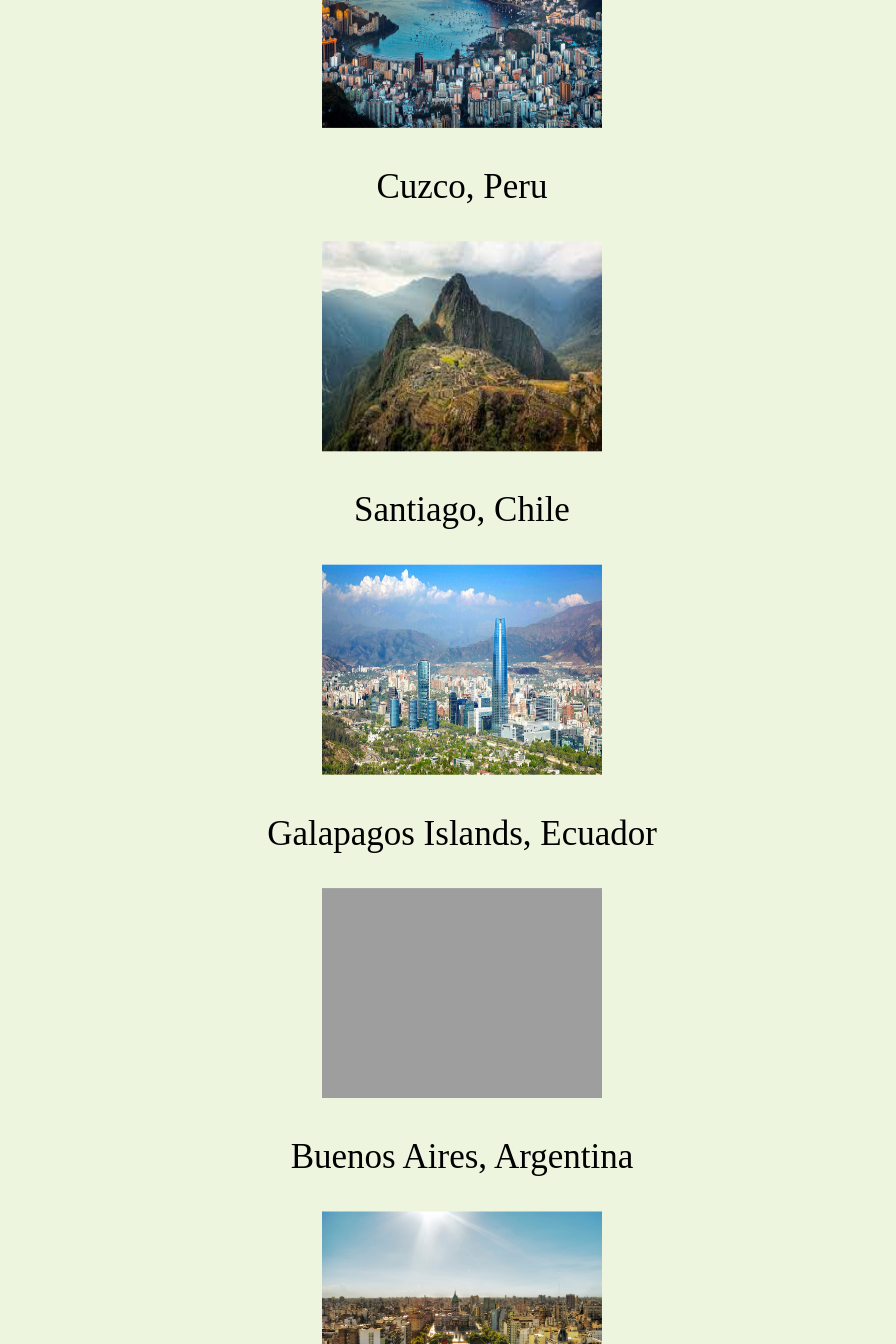
Repository: alharama/StaticWebsite
Page: sa_page.html
These files come from the project's save history. The page is drawn as it stood at one moment and after the next save; the edit follows.
The browser window is 1280 px wide. The pictures show the part of the page from y = 924 to 2844 px (the page is 3673 px tall before and 3689 px after), at 70% of full size.
Pictures or frames that could not be fetched are drawn as grey boxes.

Above is the page before, as saved 2021-09-30 01:21:39.

### sa_page.html
<!DOCTYPE html>
<html lang="en">
<head>

    <link rel = "stylesheet" type="text/css" href="StyleSheet.css">
    <link rel="icon" href="World.ico">

    <title> South America </title>

    <style>

        #sa {
            display: block;
            margin-left: auto;
            margin-right: auto;
            margin-top: 30px;
            width: auto;
            height: 300px;

        }



    </style>

</head>

<body>
    <header>
        South America


        <div id="languages">
            <div>Hello</div>
            <div>Bonjour</div>
            <div>Marhabaan</div>
            <div>Zdravstvuyte</div>
            <div>nǐ hǎo</div>
            <div>Salve</div>
            <div>Konnichiwa</div>
            <div>Guten Tag</div>
            <div>Goddag</div>
            <div>Shikamoo</div>
        </div>
    </header>

        <nav class="top_nav">
            <ul id="top_nav">
                <li><a href="/index.html">Home</a></li>
                <li><a href="/na_page.html">North America</a></li>
                <li><a href="/sa_page.html">South America</a></li>
                <li><a href="/eu_page.html">Europe</a></li>
                <li><a href="/af_page.html">Africa</a></li>
                <li><a href="/as_page.html">Asia</a></li>
                <li><a href="/au_page.html">Australia</a></li>
                <li><a href="/ant_page.html">Antarctica</a></li>
            </ul>
        </nav>


        <img id="sa" src="images/SouthAmerica.png" alt="South America">
        <h1> Top Tourist Destinations in South America</h1>


        <ul class = "tourist_spots">
            <li> Rio De Janerio, Brazil </li>

            <img class="dest" src="images/Rio.jpeg" alt="RIO">
            <li> Cuzco, Peru </li>
            <img class = "dest" src="images/Cuzco.jpeg" alt="CUZCO">
            <li> Santiago, Chile</li>
            <img class = "dest" src="images/Santiago.jpeg" alt = "SANTIAGO">
            <li> Galapagos Islands, Ecuador</li>
            <img class = "dest" src="images/Galapagos.jpeg" alt="GALAPAGOS">
            <li> Buenos Aires, Argentina</li>
            <img class="dest" src="images/Buenos.jpeg" alt="BUENOS AIRES">
        </ul>


            <div class = "extra_destinations">
                <div id="other_dest_header"> Other Popular Tourist Destinations</div>
                    <ol>
                        <li>  Easter Island, Chile</li>
                        <li> Angel Falls, Venezuela</li>
                        <li> Cartagena, Columbia </li>
                        <li> Salar de Uyuni, Bolivia</li>
                        <li> The Sacred Valley, Peru</li>
                    </ol>
            </div>





        <div id="survey">

            Which destination do you want to travel to next?
            <select>
                <option>Pick one...</option>
                <option>Rio De Jenario</option>
                <option>Cuzco</option>
                <option>Santiago</option>
                <option>Galapagos Island</option>
                <option>Buenos Aires</option>
                <option>Easter Island</option>
                <option>Angel Falls</option>
            </select>

        </div>

        <footer>

            References:

            <ol>
                <li><a href="https://www.travelandleisure.com/travel-guide/rio-de-janeiro">https://www.travelandleisure.com/travel-guide/rio-de-janeiro</a></li>
                <li><a href="https://www.travelandleisure.com/trip-ideas/adventure-travel/how-to-travel-to-machu-picchu">https://www.travelandleisure.com/trip-ideas/adventure-travel/how-to-travel-to-machu-picchu</a></li>
                <li><a href="https://www.wildfrontierstravel.com/en_AU/blog/an-insiders-city-guide-to-santiago-chile">https://www.wildfrontierstravel.com/en_AU/blog/an-insiders-city-guide-to-santiago-chile</a></li>
                <li><a href="https://www.travelandleisure.com/trip-ideas/adventure-travel/how-to-travel-to-galapagos-islands">https://www.travelandleisure.com/trip-ideas/adventure-travel/how-to-travel-to-galapagos-islands</a></li>
                <li><a href="https://www.lonelyplanet.com/argentina/buenos-aires">https://www.lonelyplanet.com/argentina/buenos-aires</a></li>
            </ol>

        </footer>


    </body>
</html>

### StyleSheet.css

 @import url('https://fonts.googleapis.com/css2?family=Kaushan+Script&display=swap');



 header {
    text-align: center;
    padding: 5px;
    font-family: 'Kaushan Script', cursive;
    font-size: 100px;
    border-bottom: 1px solid;

}

body{
    background: rgb(238, 245, 222);
    margin: 0px;
    padding-bottom: 200px;
}

.top_nav {
    width: 100%;
    font-size: 40px;
    text-align: center;
    color: red;

}

.top_nav ul {
    margin: 0px;
    color: blue;
}

.top_nav li {
    display: inline-block;

}

.top_nav a {
    text-decoration:underline;
    color: rgb(175, 52, 52);

}

.top_nav a:hover {
    background-color: lightgray;
}


#languages{

    display: flex;
    font-size: 20px;
    justify-content:space-around;
}



 h1 {
    text-align: center;
    font-family: 'Kaushan Script', cursive;
}

.tourist_spots {
    text-align: center;
}
.tourist_spots li {
    list-style: none;
    text-align: center;
    font-size: 50px;

}


.dest {
    width: 400px;
    height: 300px;
    padding: 50px;
}

#other_dest_header {
    font-size: 50px;
}
.extra_destinations li{
    padding-left: 20px;
    font-size: 20px;
}

#survey {
    margin: 50px;
}

After the next save:
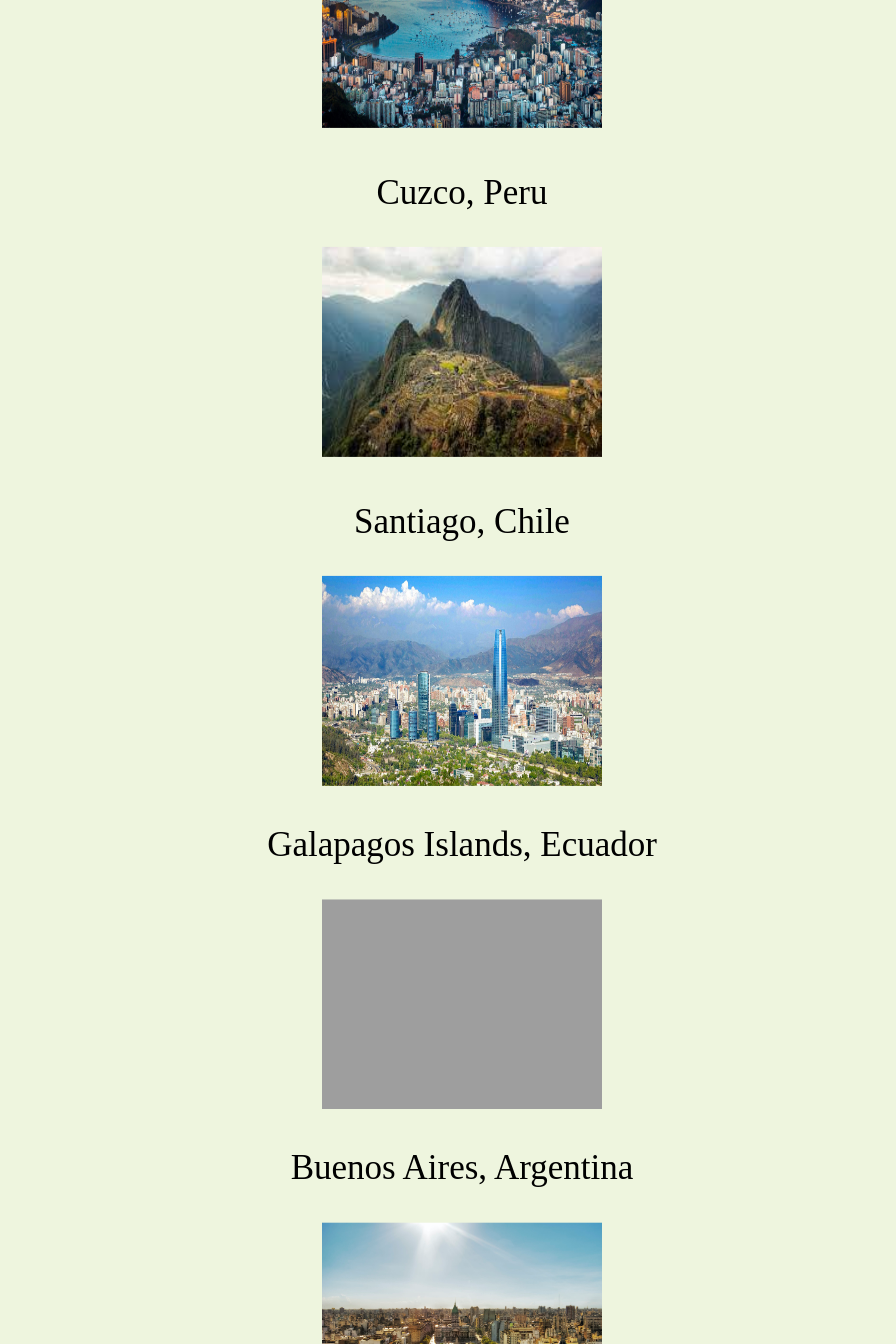
Saved 38 s later.
--- a/sa_page.html
+++ b/sa_page.html
@@ -65,9 +65,9 @@
         <ul class = "tourist_spots">
             <li> Rio De Janerio, Brazil </li>
 
-            <img class="dest" src="images/Rio.jpeg" alt="RIO">
+            <li><img class="dest" src="images/Rio.jpeg" alt="RIO"> </li>
             <li> Cuzco, Peru </li>
-            <img class = "dest" src="images/Cuzco.jpeg" alt="CUZCO">
+            <li><img class = "dest" src="images/Cuzco.jpeg" alt="CUZCO">  </li>
             <li> Santiago, Chile</li>
             <img class = "dest" src="images/Santiago.jpeg" alt = "SANTIAGO">
             <li> Galapagos Islands, Ecuador</li>
